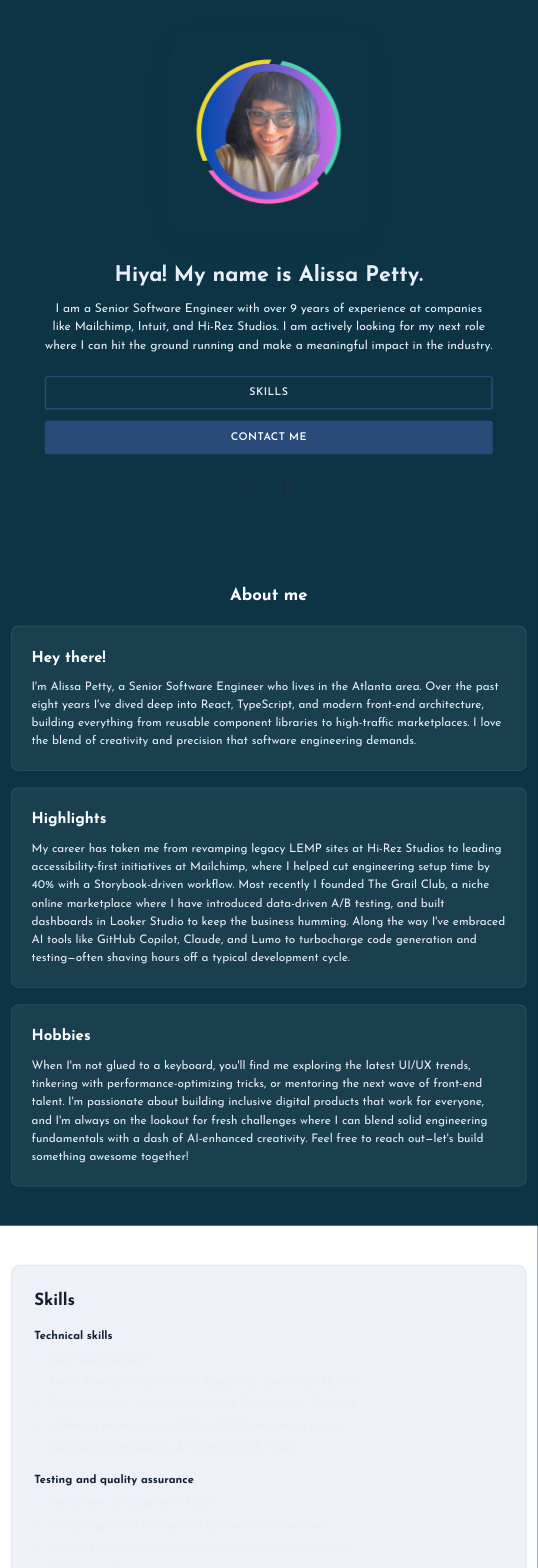
Repository: AlissaSPetty/alissa-petty-com
Page: /
These files come from the project's save history. The page is drawn as it stood at one moment and after the next save; the edit follows.
The browser window is 768 px wide. The pictures show the part of the page from y = 0 to 2240 px (the page is 6984 px tall before and 7016 px after), at 70% of full size.
The project was rebuilt for these pictures with package versions that can differ from the ones it lists, and the page was loaded fresh each time. Also part of the build but not shown: vite.config.ts, src/legal.css, src/pages/LegalPage.tsx.

Above is the page before, as saved 2026-05-03 17:50:25.

### index.html
<!doctype html>
<html lang="en">
  <head>
    <meta charset="UTF-8" />
    <link rel="icon" type="image/svg+xml" href="/favicon.svg" />
    <meta name="viewport" content="width=device-width, initial-scale=1.0" />
    <meta
      name="description"
      content="Alissa Petty — Senior Software Engineer. React, TypeScript, and modern web development. Atlanta area."
    />
    <meta
      name="keywords"
      content="Software Engineer, Web Developer, React, JavaScript, CV, Alissa Petty, Atlanta"
    />
    <title>Alissa Petty — Senior Software Engineer</title>
  </head>
  <body>
    <div id="root"></div>
    <script type="module" src="/src/main.tsx"></script>
  </body>
</html>

### src/index.css
@import url("https://fonts.googleapis.com/css2?family=Josefin+Sans:ital,wght@0,300;0,400;0,500;0,600;0,700;1,400&display=swap");

:root {
  --font-body: "Josefin Sans", system-ui, sans-serif;
  --bg: #0c3444;
  --bg-muted: #eef2f8;
  --surface: #ffffff;
  --navy: #1a2f4a;
  --navy-deep: #14243a;
  --primary: #2a4a7a;
  --primary-hover: #355a92;
  --accent-footer: #f4d35e;
  --footer-text: #1a2332;
  --heading: #142032;
  --text: #3d4a5c;
  --text-on-dark: #e8eef6;
  --link: #1e5a9e;
  --border: #d5deeb;
  --shadow: 0 12px 40px rgba(20, 36, 58, 0.08);
}

*,
*::before,
*::after {
  box-sizing: border-box;
}

html {
  scroll-behavior: smooth;
}

body {
  margin: 0;
  font-family: var(--font-body);
  font-size: 1.05rem;
  line-height: 1.55;
  color: var(--text-on-dark);
  background: var(--bg);
  color: var(--text-on-dark);
}

#root {
  min-height: 100vh;
}

.visually-hidden {
  position: absolute;
  width: 1px;
  height: 1px;
  padding: 0;
  margin: -1px;
  overflow: hidden;
  clip: rect(0, 0, 0, 0);
  white-space: nowrap;
  border: 0;
}

.skip-link {
  position: absolute;
  left: -9999px;
  top: 0.75rem;
  z-index: 100;
  padding: 0.5rem 1rem;
  background: var(--navy);
  color: var(--text-on-dark);
  font-weight: 600;
  text-decoration: none;
  border-radius: 4px;
}

.skip-link:focus {
  left: 0.75rem;
}

a {
  color: var(--link);
}

.container {
  width: min(1100px, 100% - 2rem);
  margin-inline: auto;
}

/* Hero */
.hero {
  background: #0c3444;
  padding: 3rem 0 4rem;
}

.hero-inner {
  width: min(1100px, 100% - 2rem);
  margin-inline: auto;
  display: flex;
  flex-wrap: wrap;
  align-items: center;
  gap: 2.5rem;
  justify-content: space-between;
}

.hero-copy {
  flex: 1 1 320px;
  max-width: 640px;
}

.hero-copy h1 {
  margin: 0 0 1rem;
  font-size: clamp(1.85rem, 4vw, 2.75rem);
  font-weight: 700;
  color: (--text-on-dark);
  line-height: 1.15;
}

.lead {
  margin: 0 0 1.75rem;
  font-size: 1.08rem;
}

.hero-actions {
  display: flex;
  flex-wrap: wrap;
  gap: 1rem;
  margin-bottom: 1.5rem;
}

.btn {
  display: inline-flex;
  align-items: center;
  justify-content: center;
  min-width: 10rem;
  padding: 0.65rem 1.35rem;
  font-family: inherit;
  font-size: 0.95rem;
  font-weight: 600;
  letter-spacing: 0.04em;
  text-transform: uppercase;
  text-decoration: none;
  border-radius: 4px;
  border: 2px solid transparent;
  cursor: pointer;
  transition:
    background 0.2s,
    color 0.2s,
    border-color 0.2s;
}

.btn:focus-visible {
  outline: 3px solid #f4d35e;
  outline-offset: 2px;
}

.btn-primary {
  background: var(--primary);
  color: #fff;
  border-color: var(--primary);
}

.btn-primary:hover {
  background: var(--primary-hover);
  border-color: var(--primary-hover);
}

.btn-outline {
  background: transparent;
  color: var(--text-on-dark);
  border-color: var(--primary);
}

.btn-outline:hover {
  background: rgba(42, 74, 122, 0.08);
}

.btn-block {
  width: 100%;
  min-width: unset;
}

.hero-social {
  display: flex;
  gap: 1rem;
}

.hero-social a {
  display: flex;
  color: var(--navy);
  padding: 0.35rem;
  border-radius: 6px;
}

.hero-social a:hover {
  background: rgba(26, 47, 74, 0.08);
}

.social-svg {
  width: 28px;
  height: 28px;
}

.hero-photo {
  margin: 0;
  flex: 0 1 280px;
  text-align: center;
}

.hero-photo img {
  width: min(50vw, 280px);
  max-width: 100%;
  height: auto;
  border-radius: 12px;
  box-shadow: var(--shadow);
  object-fit: cover;
  aspect-ratio: 1;
}

@media (max-width: 768px) {
  .hero-inner {
    flex-direction: column-reverse;
    text-align: center;
  }

  .hero-actions {
    justify-content: center;
  }

  .hero-social {
    justify-content: center;
  }

  .btn {
    width: 100%;
    min-width: unset;
  }
}

/* Sections */
.section {
  padding: 3.5rem 0;
}

.section--dark {
  background: var(--bg);
  color: var(--text-on-dark);
}

.section--muted {
  background: var(--bg-muted);
  color: var(--text-on-dark);
}

.section--skills {
  background: var(--surface);
}

.section--cta {
  background: linear-gradient(180deg, var(--primary) 0%, var(--navy) 100%);
  color: var(--text-on-dark);
}

.section-title {
  margin: 0 0 1.5rem;
  font-size: clamp(1.5rem, 3vw, 2rem);
  font-weight: 700;
  text-align: center;
  color: var(--heading);
}

.section-title--on-dark,
.section-title--on-primary {
  color: #fff;
}

.about-grid {
  display: grid;
  grid-template-columns: repeat(3, 1fr);
  gap: 1.5rem;
}

@media (max-width: 900px) {
  .about-grid {
    grid-template-columns: 1fr;
  }
}

.card {
  background: var(--surface);
  border-radius: 10px;
  padding: 1.75rem;
  box-shadow: var(--shadow);
}

.card--about {
  background: rgba(255, 255, 255, 0.06);
  border: 1px solid rgba(255, 255, 255, 0.12);
  color: var(--text-on-dark);
  box-shadow: none;
}

.card--about h3 {
  margin: 0 0 0.75rem;
  font-size: 1.35rem;
  color: #fff;
}

.card--about p {
  margin: 0;
}

.skills-layout {
  display: grid;
  grid-template-columns: 1fr 1fr;
  gap: 2rem;
  align-items: start;
}

@media (max-width: 900px) {
  .skills-layout {
    grid-template-columns: 1fr;
  }
}

.skills-panel {
  background: var(--bg-muted);
  border: 1px solid var(--border);
  border-radius: 12px;
  padding: 2rem;
}

.skills-panel--accent {
  background: #fff8e6;
  border-color: #e8d9a8;
}

.skills-panel h2 {
  text-align: left;
  margin-bottom: 1.25rem;
}

.skills-panel h4 {
  margin: 1.25rem 0 0.5rem;
  font-size: 1rem;
  font-weight: 700;
  color: var(--heading);
  text-transform: none;
}

.skills-panel ul {
  margin: 0;
  padding-left: 1.25rem;
}

.skills-panel li {
  margin-bottom: 0.35rem;
}

.degree {
  margin: 0 0 1rem;
  font-size: 1.15rem;
  font-weight: 600;
  color: var(--heading);
}

.divider {
  border: none;
  border-top: 1px solid var(--border);
  margin: 0 0 2.5rem;
}

.divider--on-primary {
  border-top-color: rgba(255, 255, 255, 0.25);
}

.work-grid {
  display: grid;
  grid-template-columns: repeat(3, 1fr);
  gap: 1.25rem;
}

@media (max-width: 900px) {
  .work-grid {
    grid-template-columns: 1fr;
  }
}

.work-grid figure {
  margin: 0;
  background: var(--surface);
  border-radius: 10px;
  overflow: hidden;
  border: 1px solid var(--border);
  box-shadow: var(--shadow);
}

.work-grid img {
  display: block;
  width: 100%;
  height: auto;
  aspect-ratio: 16 / 9;
  object-fit: cover;
}

.work-grid figcaption {
  padding: 0.85rem 1rem;
  font-weight: 600;
  text-align: center;
  color: var(--heading);
  font-size: 0.95rem;
}

.pub-grid {
  display: grid;
  grid-template-columns: 1fr 1fr;
  gap: 2rem;
}

@media (max-width: 768px) {
  .pub-grid {
    grid-template-columns: 1fr;
  }
}

.pub-card {
  background: var(--surface);
  border-radius: 12px;
  padding: 2rem;
  border: 1px solid var(--border);
  text-align: center;
  box-shadow: var(--shadow);
}

.pub-card h3 {
  margin: 0 0 1rem;
  font-size: 1.15rem;
  font-weight: 600;
  color: var(--heading);
  line-height: 1.35;
}

.pub-logo {
  display: block;
  margin: 0 auto 1.25rem;
  max-width: 100%;
  height: auto;
}

.cta-lead {
  text-align: center;
  max-width: 640px;
  margin: 0 auto 2.5rem;
  font-size: 1.05rem;
  opacity: 0.95;
}

.services-grid {
  display: grid;
  grid-template-columns: repeat(3, 1fr);
  gap: 1.5rem;
}

@media (max-width: 900px) {
  .services-grid {
    grid-template-columns: 1fr;
  }
}

.card--service {
  background: rgba(255, 255, 255, 0.08);
  border: 1px solid rgba(255, 255, 255, 0.2);
  color: var(--text-on-dark);
  box-shadow: none;
}

.card--service h3 {
  margin: 0 0 0.75rem;
  color: #fff;
  font-size: 1.25rem;
}

.card--service p {
  margin: 0;
}

/* Footer */
.site-footer {
  background: var(--accent-footer);
  color: var(--footer-text);
  padding: 3rem 0;
  text-align: center;
}

.footer-inner {
  display: flex;
  flex-direction: column;
  align-items: center;
  gap: 1rem;
}

.footer-name {
  margin: 0;
  font-size: clamp(1.75rem, 4vw, 2.5rem);
  font-weight: 700;
  color: var(--footer-text);
}

.footer-social {
  display: flex;
  gap: 1rem;
}

.footer-social a {
  color: var(--footer-text);
  padding: 0.35rem;
  border-radius: 6px;
}

.footer-social a:hover {
  background: rgba(26, 35, 50, 0.1);
}

.social-svg--footer {
  width: 32px;
  height: 32px;
}

.footer-copy,
.footer-legal {
  margin: 0;
  font-size: 0.95rem;
}

.footer-legal a {
  color: var(--footer-text);
  font-weight: 600;
  text-decoration: none;
}

.footer-legal a:hover {
  text-decoration: underline;
}

### src/App.tsx
import { Route, Routes } from 'react-router-dom'
import { Home } from './pages/Home'
import { LegalPage } from './pages/LegalPage'

export default function App() {
  return (
    <Routes>
      <Route path="/" element={<Home />} />
      <Route
        path="/privacy"
        element={
          <LegalPage title="Privacy policy">
            <p>
              This is a placeholder privacy policy for the rebuilt portfolio site.
              Replace this text with your real policy before publishing.
            </p>
            <p>
              If you have questions, contact{' '}
              <a href="mailto:alissa@petty.io">alissa@petty.io</a>.
            </p>
          </LegalPage>
        }
      />
      <Route
        path="/legal-notice"
        element={
          <LegalPage title="Legal notice">
            <p>
              This is a placeholder legal notice / imprint for the rebuilt portfolio
              site. Replace with jurisdiction-appropriate legal text before publishing.
            </p>
            <p>
              Contact: <a href="mailto:alissa@petty.io">alissa@petty.io</a>
            </p>
          </LegalPage>
        }
      />
    </Routes>
  )
}

### src/pages/Home.tsx
import { IconGitHub, IconLinkedIn } from '../components/Icons'
import { Link } from 'react-router-dom'

const GITHUB = 'https://github.com/AlissaSPetty'
const LINKEDIN = 'https://www.linkedin.com/in/alissa-petty/'
const EMAIL = 'mailto:alissa@petty.io'

export function Home() {
  return (
    <>
      <a href="#main-content" className="skip-link">
        Skip to main content
      </a>

      <header className="hero" aria-label="Introduction">
        <div className="hero-inner">
          <div className="hero-copy">
            <h1>Hiya! My name is Alissa Petty.</h1>
            <p className="lead">
              I am a Senior Software Engineer with over 9 years of experience at
              companies like Mailchimp, Intuit, and Hi-Rez Studios. I am actively
              looking for my next role where I can hit the ground running and make
              a meaningful impact in the industry.
            </p>
            <div className="hero-actions">
              <a className="btn btn-outline" href="#skills">
                Skills
              </a>
              <a className="btn btn-primary" href={EMAIL}>
                Contact me
              </a>
            </div>
            <div className="hero-social" aria-label="Social links">
              <a href={GITHUB} target="_blank" rel="noreferrer" title="GitHub">
                <IconGitHub className="social-svg" />
                <span className="visually-hidden">GitHub</span>
              </a>
              <a href={LINKEDIN} target="_blank" rel="noreferrer" title="LinkedIn">
                <IconLinkedIn className="social-svg" />
                <span className="visually-hidden">LinkedIn</span>
              </a>
            </div>
          </div>
          <figure className="hero-photo">
            <img
              src="src/assets/Alissa-Petty.png"
              alt="Alissa Petty"
              width={400}
              height={400}
            />
          </figure>
        </div>
      </header>

      <main id="main-content">
        <section className="section section--dark" aria-labelledby="about-heading">
          <div className="container">
            <h2 id="about-heading" className="section-title section-title--on-dark">
              About me
            </h2>
            <div className="about-grid">
              <article className="card card--about">
                <h3>Hey there!</h3>
                <p>
                  I&apos;m Alissa Petty, a Senior Software Engineer who lives in the
                  Atlanta area. Over the past eight years I&apos;ve dived deep into
                  React, TypeScript, and modern front-end architecture, building
                  everything from reusable component libraries to high-traffic
                  marketplaces. I love the blend of creativity and precision that
                  software engineering demands.
                </p>
              </article>
              <article className="card card--about">
                <h3>Highlights</h3>
                <p>
                  My career has taken me from revamping legacy LEMP sites at Hi-Rez
                  Studios to leading accessibility-first initiatives at Mailchimp,
                  where I helped cut engineering setup time by 40% with a
                  Storybook-driven workflow. Most recently I founded The Grail Club,
                  a niche online marketplace where I have introduced data-driven A/B
                  testing, and built dashboards in Looker Studio to keep the business
                  humming. Along the way I&apos;ve embraced AI tools like GitHub
                  Copilot, Claude, and Lumo to turbocharge code generation and
                  testing—often shaving hours off a typical development cycle.
                </p>
              </article>
              <article className="card card--about">
                <h3>Hobbies</h3>
                <p>
                  When I&apos;m not glued to a keyboard, you&apos;ll find me exploring
                  the latest UI/UX trends, tinkering with performance-optimizing tricks,
                  or mentoring the next wave of front-end talent. I&apos;m passionate
                  about building inclusive digital products that work for everyone,
                  and I&apos;m always on the lookout for fresh challenges where I can
                  blend solid engineering fundamentals with a dash of AI-enhanced
                  creativity. Feel free to reach out—let&apos;s build something awesome
                  together!
                </p>
              </article>
            </div>
          </div>
        </section>

        <section className="section section--skills" id="skills" aria-labelledby="skills-heading">
          <div className="container skills-layout">
            <div className="skills-panel">
              <h2 id="skills-heading" className="section-title">
                Skills
              </h2>
              <h4>Technical skills</h4>
              <ul>
                <li>SaaS development</li>
                <li>React, Next.js, Redux Toolkit, TypeScript, JavaScript (ES6+)</li>
                <li>CSS, Storybook, Material UI, Styled Components, Tailwind</li>
                <li>JAMstack architecture, HTML5, CSS3, responsive design</li>
                <li>Relational databases &amp; APIs (MongoDB, SQL)</li>
              </ul>
              <h4>Testing and quality assurance</h4>
              <ul>
                <li>Test-driven development (TDD)</li>
                <li>Visual regression testing with Chromatic &amp; Storybook</li>
                <li>WCAG 2.1 AA compliance, automated accessibility audits</li>
                <li>GDPR compliance</li>
              </ul>
              <h4>Team leadership &amp; talent development</h4>
              <ul>
                <li>
                  Mentoring junior engineers using regular code reviews,
                  pair-programming sessions, and constructive feedback loops.
                </li>
                <li>
                  Leading cross-functional squads through translating requirements into
                  technical specs, championing accessibility standards, and using async
                  communication tools to keep remote teams aligned and productive.
                </li>
                <li>
                  Evaluating candidates on both technical and soft skills, conducting
                  hands-on interviews to gauge real-world teamwork potential.
                </li>
              </ul>
            </div>
            <div className="skills-panel skills-panel--accent">
              <h2 className="section-title">Expertise</h2>
              <p className="degree">Auburn University graduate</p>
              <h4>Analytics &amp; monitoring</h4>
              <ul>
                <li>
                  Google Analytics 4 (GA4), Looker Studio, Grafana dashboards, FullStory
                </li>
              </ul>
              <h4>AI-assisted development</h4>
              <ul>
                <li>GitHub Copilot, Claude, Lumo (component generation)</li>
              </ul>
              <h4>Collaboration &amp; documentation</h4>
              <ul>
                <li>
                  Storybook, Chromatic, design system documentation, async remote teamwork
                </li>
              </ul>
              <h4>Performance &amp; observation</h4>
              <ul>
                <li>
                  Lighthouse, Web Vitals, code-splitting, lazy loading, caching strategies
                </li>
              </ul>
              <h4>State management &amp; data</h4>
              <ul>
                <li>GraphQL, RESTful APIs, Apollo Client, Redux Toolkit</li>
              </ul>
            </div>
          </div>
        </section>

        <section className="section" aria-labelledby="work-heading">
          <div className="container">
            <hr className="divider" />
            <h2 id="work-heading" className="section-title">
              Selected design-heavy work
            </h2>
            <div className="work-grid">
              <figure>
                <img src="/assets/hou-yi.svg" alt="" loading="lazy" />
                <figcaption>Hou-Yi · God reveal</figcaption>
              </figure>
              <figure>
                <img src="/assets/stranger-things.svg" alt="" loading="lazy" />
                <figcaption>Stranger Things · Battle pass</figcaption>
              </figure>
              <figure>
                <img src="/assets/ah-puch.svg" alt="" loading="lazy" />
                <figcaption>Ah Puch · God reveal</figcaption>
              </figure>
            </div>
          </div>
        </section>

        <section className="section section--muted" aria-labelledby="pub-heading">
          <div className="container">
            <hr className="divider" />
            <h2 id="pub-heading" className="section-title">
              Featured publications
            </h2>
            <div className="pub-grid">
              <article className="pub-card">
                <h3>Getting into gaming featuring women at Hi-Rez Studios</h3>
                <img
                  src="/assets/gmg-logo.svg"
                  alt=""
                  className="pub-logo"
                  width={186}
                  height={187}
                />
                <a
                  className="btn btn-outline btn-block"
                  href="https://www.girlsmakegames.com/hi-rez-panel"
                  target="_blank"
                  rel="noreferrer"
                >
                  Read the article
                </a>
              </article>
              <article className="pub-card">
                <h3>How Hi-Rez Studios built their web infra on Gatsby &amp; WordPress</h3>
                <img
                  src="/assets/gatsby-brand.svg"
                  alt=""
                  className="pub-logo"
                  width={249}
                  height={187}
                />
                <a
                  className="btn btn-outline btn-block"
                  href="https://www.gatsbyjs.com/blog/case-study-hi-rez-studios/"
                  target="_blank"
                  rel="noreferrer"
                >
                  Read the article
                </a>
              </article>
            </div>
          </div>
        </section>

        <section className="section section--cta" aria-labelledby="help-heading">
          <div className="container">
            <hr className="divider divider--on-primary" />
            <h2 id="help-heading" className="section-title section-title--on-primary">
              How can I help?
            </h2>
            <p className="cta-lead">
              I am actively looking for my next opportunity to commit great code and
              build lasting relationships. Want to chat? Reach out!
            </p>
            <div className="services-grid">
              <article className="card card--service">
                <h3>Coding</h3>
                <p>
                  I craft clean, high-performance test-driven code that turns your ideas
                  into fast, accessible web experiences you can rely on—and I&apos;m
                  ready to hit the ground running from day one.
                </p>
              </article>
              <article className="card card--service">
                <h3>Marketing &amp; analytics</h3>
                <p>
                  I combine data-driven marketing insights with robust analytics—using
                  tools like GA4, Looker Studio, and custom dashboards—to optimize
                  campaigns, boost ROI, and turn audience behavior into actionable
                  growth strategies.
                </p>
              </article>
              <article className="card card--service">
                <h3>Problem solving</h3>
                <p>
                  Not sure exactly what you need, but want an extremely experienced and
                  fast-thinking person to help champion your ideas? I would love to help
                  craft a custom solution by listening and deeply understanding the needs
                  of your business so you can move forward with confidence.
                </p>
              </article>
            </div>
          </div>
        </section>
      </main>

      <footer className="site-footer">
        <div className="container footer-inner">
          <h2 className="footer-name">Alissa Petty</h2>
          <div className="footer-social" aria-label="Social links">
            <a href={GITHUB} target="_blank" rel="noreferrer" title="GitHub">
              <IconGitHub className="social-svg social-svg--footer" />
              <span className="visually-hidden">GitHub</span>
            </a>
            <a href={LINKEDIN} target="_blank" rel="noreferrer" title="LinkedIn">
              <IconLinkedIn className="social-svg social-svg--footer" />
              <span className="visually-hidden">LinkedIn</span>
            </a>
          </div>
          <p className="footer-copy">© {new Date().getFullYear()} Alissa Petty. All rights reserved.</p>
          <p className="footer-legal">
            <Link to="/privacy">Privacy policy</Link>
            <span aria-hidden="true"> | </span>
            <Link to="/legal-notice">Legal notice</Link>
          </p>
        </div>
      </footer>
    </>
  )
}

### src/components/Icons.tsx
export function IconGitHub({ className }: { className?: string }) {
  return (
    <svg
      className={className}
      xmlns="http://www.w3.org/2000/svg"
      viewBox="0 0 24 24"
      aria-hidden
      focusable="false"
    >
      <path
        fill="currentColor"
        d="M12 2C6.48 2 2 6.58 2 12.26c0 4.52 2.87 8.35 6.84 9.69.5.1.68-.22.68-.48 0-.24-.01-.87-.01-1.7-2.78.62-3.37-1.37-3.37-1.37-.45-1.18-1.1-1.5-1.1-1.5-.9-.63.07-.62.07-.62 1 .07 1.53 1.05 1.53 1.05.89 1.56 2.34 1.11 2.91.85.09-.67.35-1.11.63-1.37-2.22-.26-4.56-1.14-4.56-5.07 0-1.12.39-2.03 1.03-2.75-.1-.26-.45-1.3.1-2.71 0 0 .84-.28 2.75 1.05A9.38 9.38 0 0 1 12 6.84c.85.004 1.71.12 2.51.35 1.91-1.33 2.75-1.05 2.75-1.05.55 1.41.2 2.45.1 2.71.64.72 1.03 1.63 1.03 2.75 0 3.94-2.34 4.81-4.57 5.06.36.32.68.94.68 1.9 0 1.37-.01 2.47-.01 2.8 0 .27.18.59.69.48A10.01 10.01 0 0 0 22 12.26C22 6.58 17.52 2 12 2Z"
      />
    </svg>
  )
}

export function IconLinkedIn({ className }: { className?: string }) {
  return (
    <svg
      className={className}
      xmlns="http://www.w3.org/2000/svg"
      viewBox="0 0 24 24"
      aria-hidden
      focusable="false"
    >
      <path
        fill="currentColor"
        d="M4.98 3.5C4.98 4.88 3.86 6 2.5 6S0 4.88 0 3.5 1.12 1 2.5 1s2.48 1.12 2.48 2.5ZM.5 8h4V23H.5V8Zm7.5 0h3.84v2.05h.05c.53-1 1.84-2.05 3.79-2.05 4.05 0 4.8 2.67 4.8 6.13V23h-4v-6.35c0-1.52-.03-3.48-2.12-3.48-2.12 0-2.44 1.65-2.44 3.36V23h-4V8Z"
      />
    </svg>
  )
}

Loaded but not shown: src/main.tsx (common file)

After the next save:
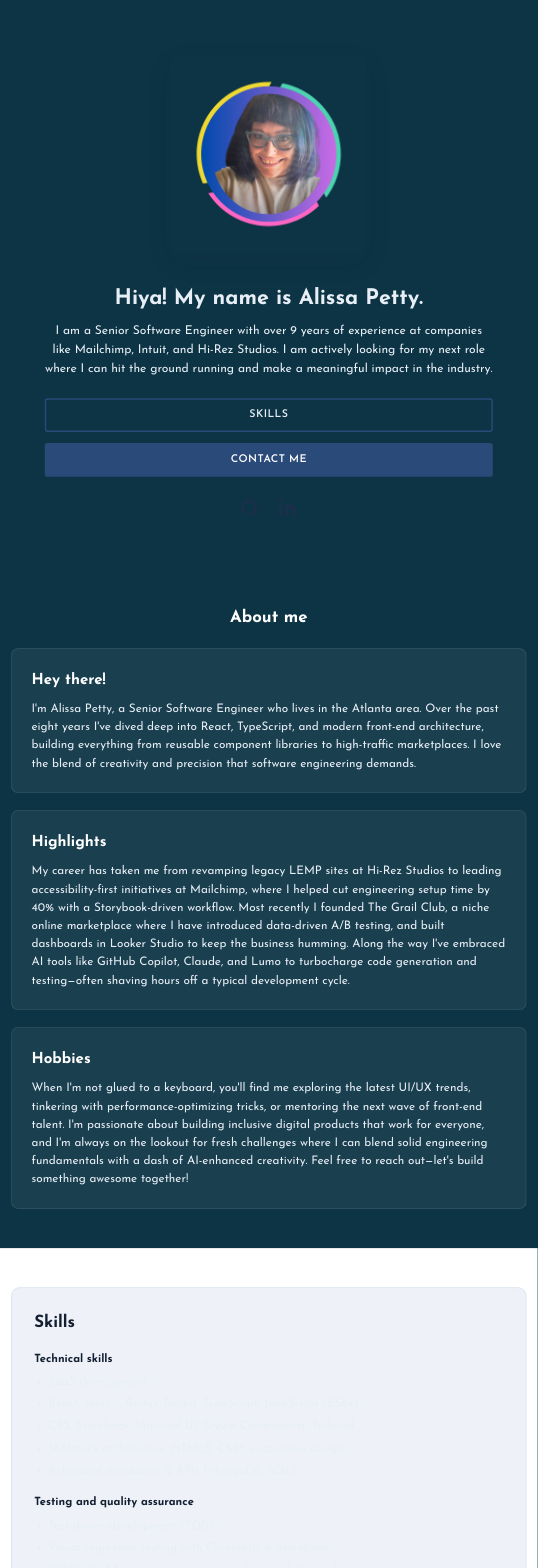
Saved 31 s later.
--- a/src/index.css
+++ b/src/index.css
@@ -84,7 +84,10 @@
 /* Hero */
 .hero {
   background: #0c3444;
-  padding: 3rem 0 4rem;
+  padding: 15rem 0 4rem;
+  @media (max-width: 768px) {
+    padding: 5rem 0 4rem;
+  }
 }
 
 .hero-inner {
